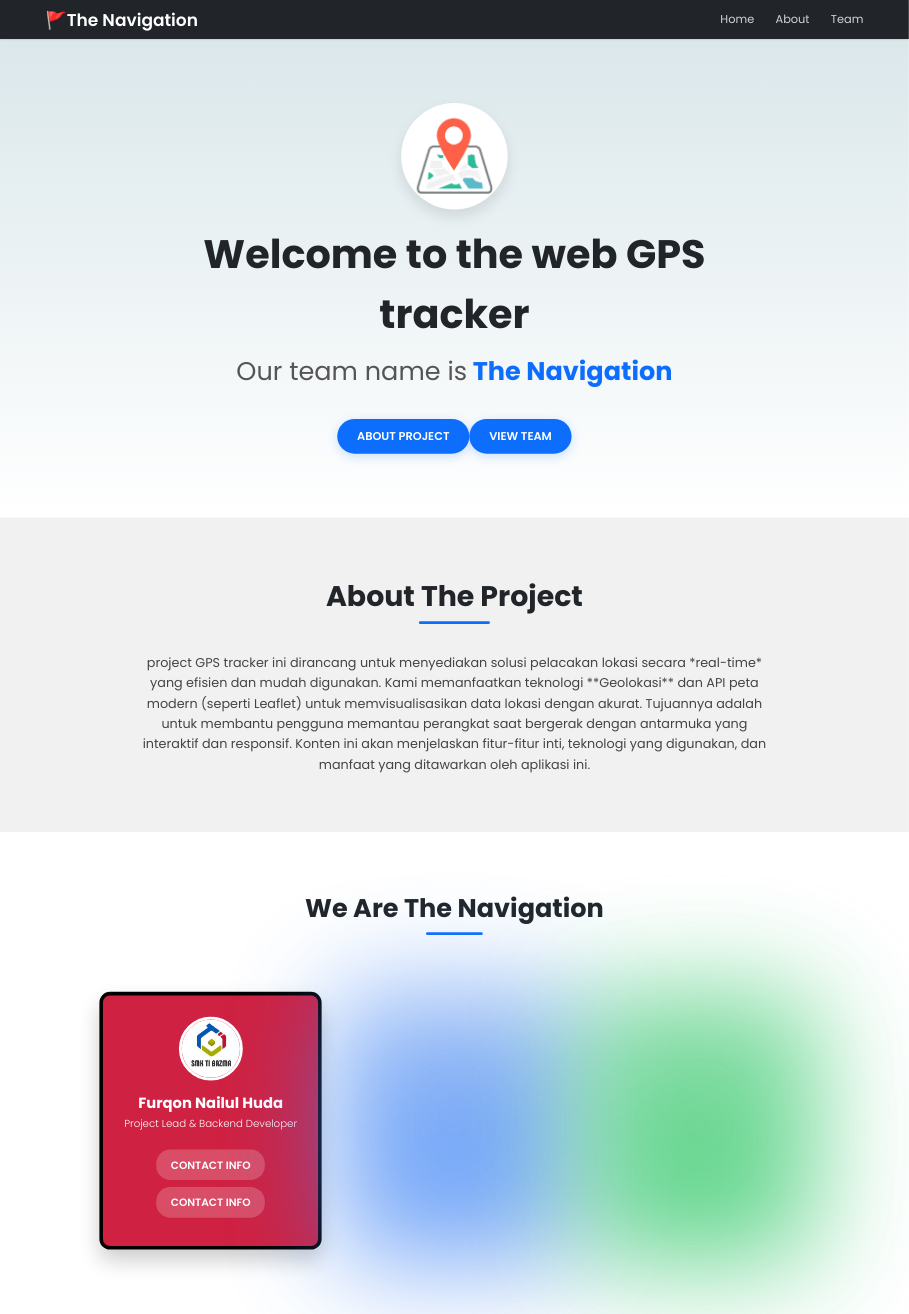
Repository: ammarsetiawan/gps-traker
Page: about.html
These files come from the project's save history. The page is drawn as it stood at one moment and after the next save; the edit follows.
The browser window is 1280 px wide. The pictures show the whole page, at 71% of full size.
The pointer rests on the first visible `.cards .card`.

Above is the page before, as saved 2025-11-27 16:56:34.

After the next save:
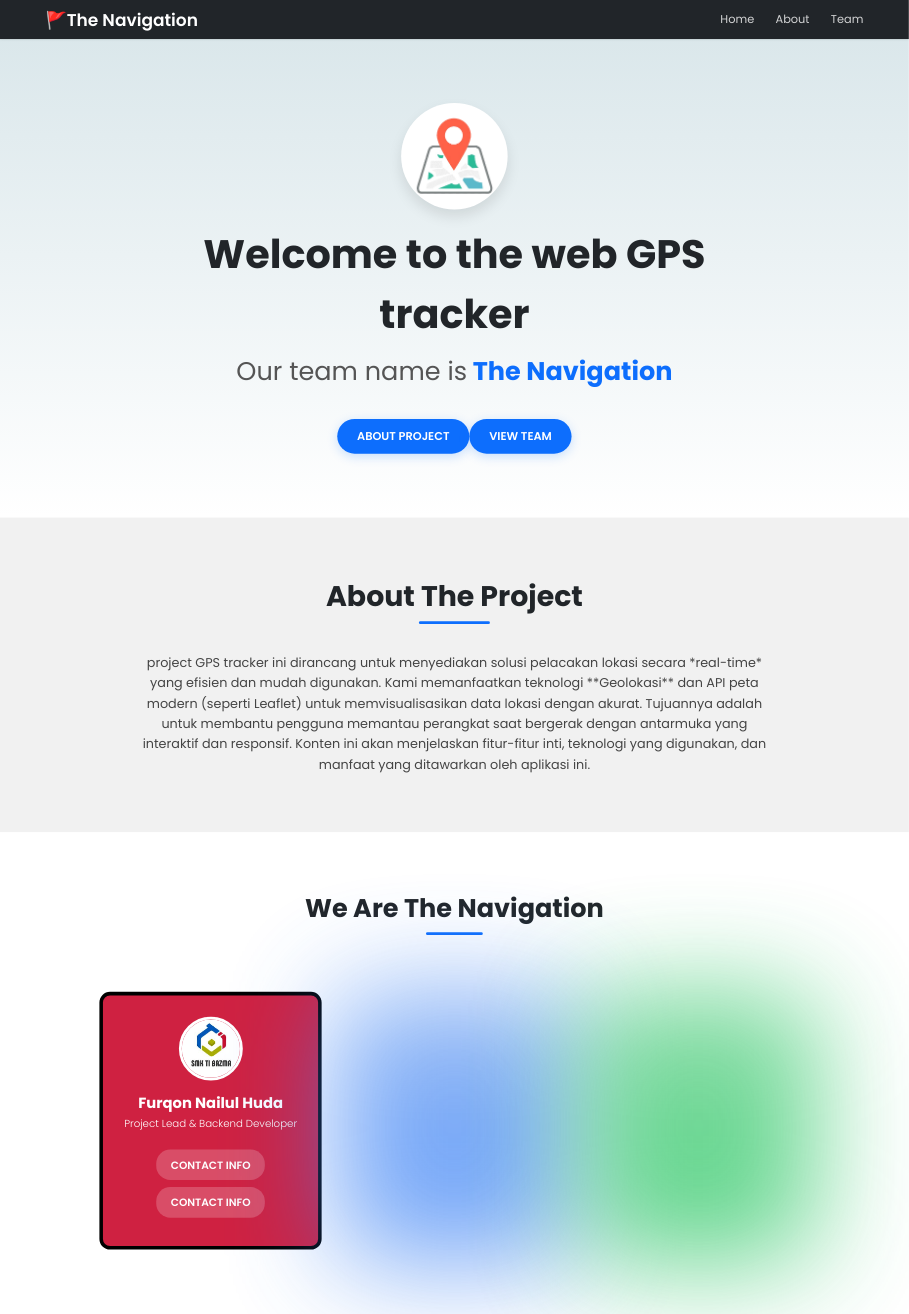
Saved 54 s later.
--- a/about.html
+++ b/about.html
@@ -354,7 +354,7 @@
         .cards .card:hover {
             transform: translateY(-10px);
             border: #000000 5px solid;
-            box-shadow: 0 15px 30px rgba(0, 0, 0, 0.2);
+            box-shadow: 0 15px 30px rgba(255, 255, 255, 0.2);
         }
 
 
